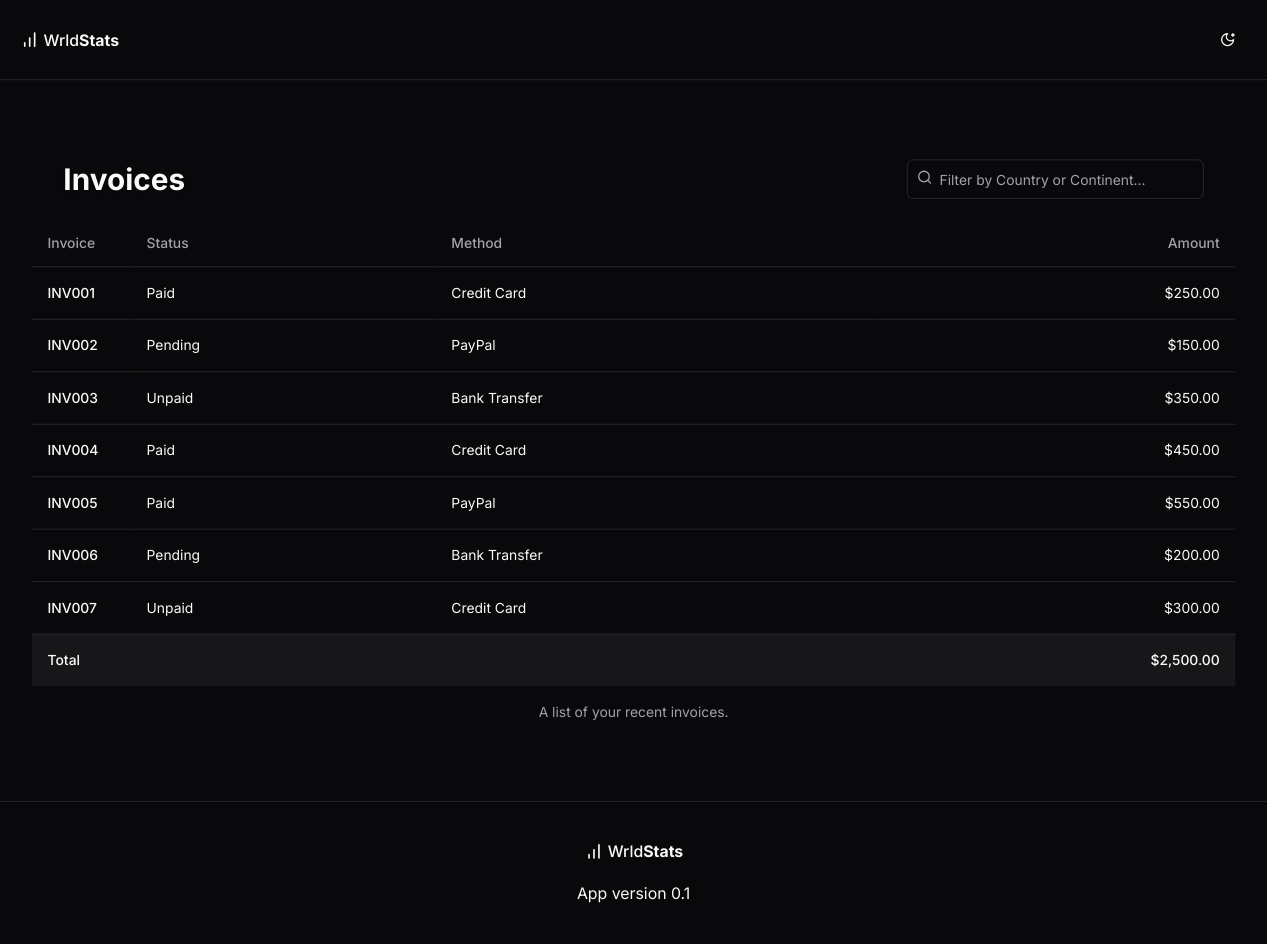
Repository: tushcmd/wrld-stats
Page: /
An editor plug-in stored every save of this project. The page is shown before and after a run of saves, followed by the edit.
The browser window is 1280 px wide. The pictures show the whole page, at 99% of full size.
The project was rebuilt for these pictures with package versions that can differ from the ones it lists, and the page was loaded fresh each time. The framework's server and built-in components were replaced by stand-ins that run in the browser. Also part of the build but not shown: next.config.mjs.

Above is the page before, as saved 2024-04-21 17:22:35.

After the next 2 saves:
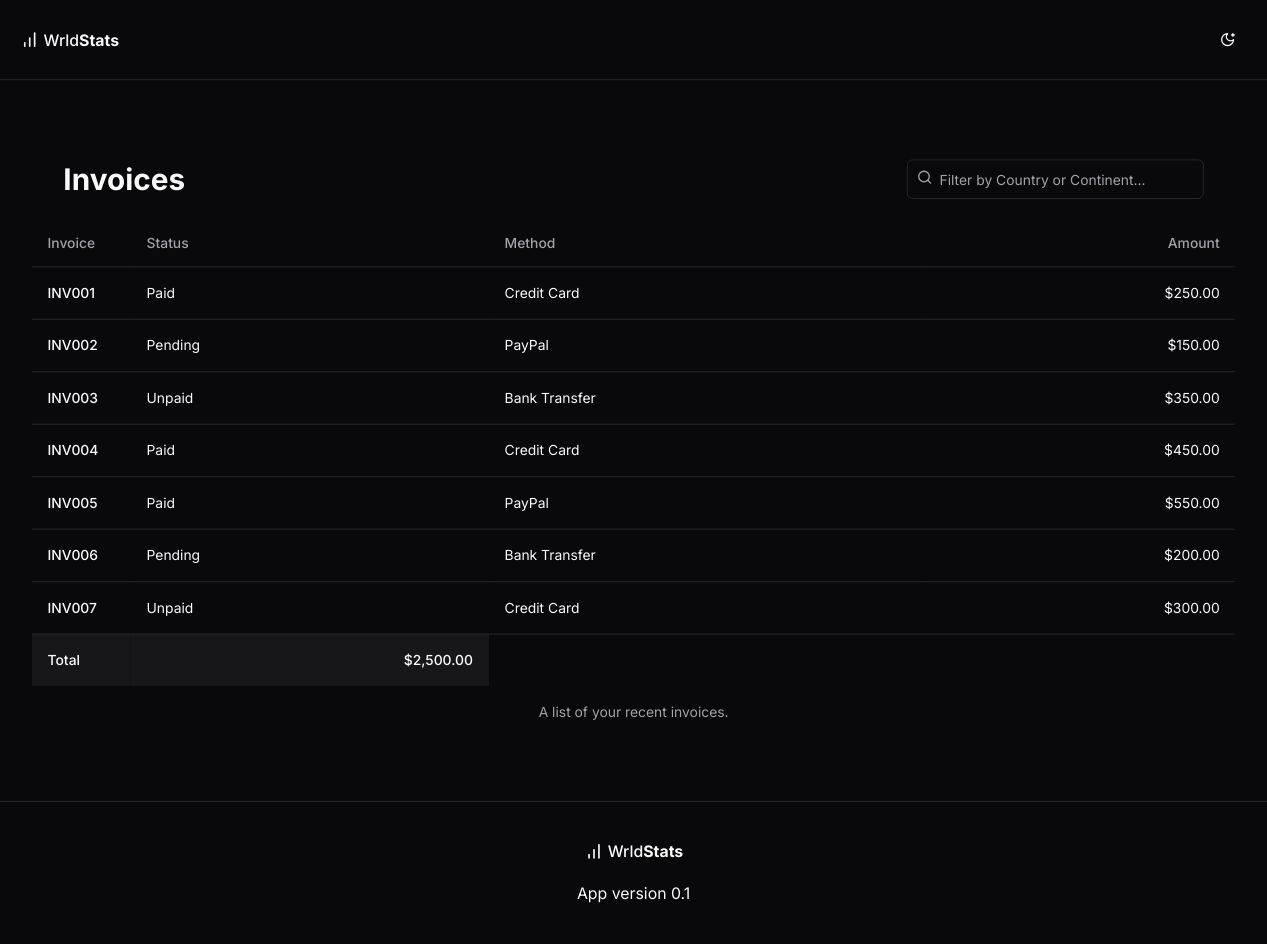
The 2 saves are shown as one change because 1 did not build or start.
The last was saved 2 min 36 s later.
--- a/components/list.tsx
+++ b/components/list.tsx
@@ -56,7 +56,7 @@
 
 export function TableDemo() {
     return (
-        <Table>
+        <Table className="">
             <TableCaption>A list of your recent invoices.</TableCaption>
             <TableHeader>
                 <TableRow>
@@ -78,7 +78,7 @@
             </TableBody>
             <TableFooter>
                 <TableRow>
-                    <TableCell colSpan={3}>Total</TableCell>
+                    <TableCell >Total</TableCell>
                     <TableCell className="text-right">$2,500.00</TableCell>
                 </TableRow>
             </TableFooter>

After the save that followed:
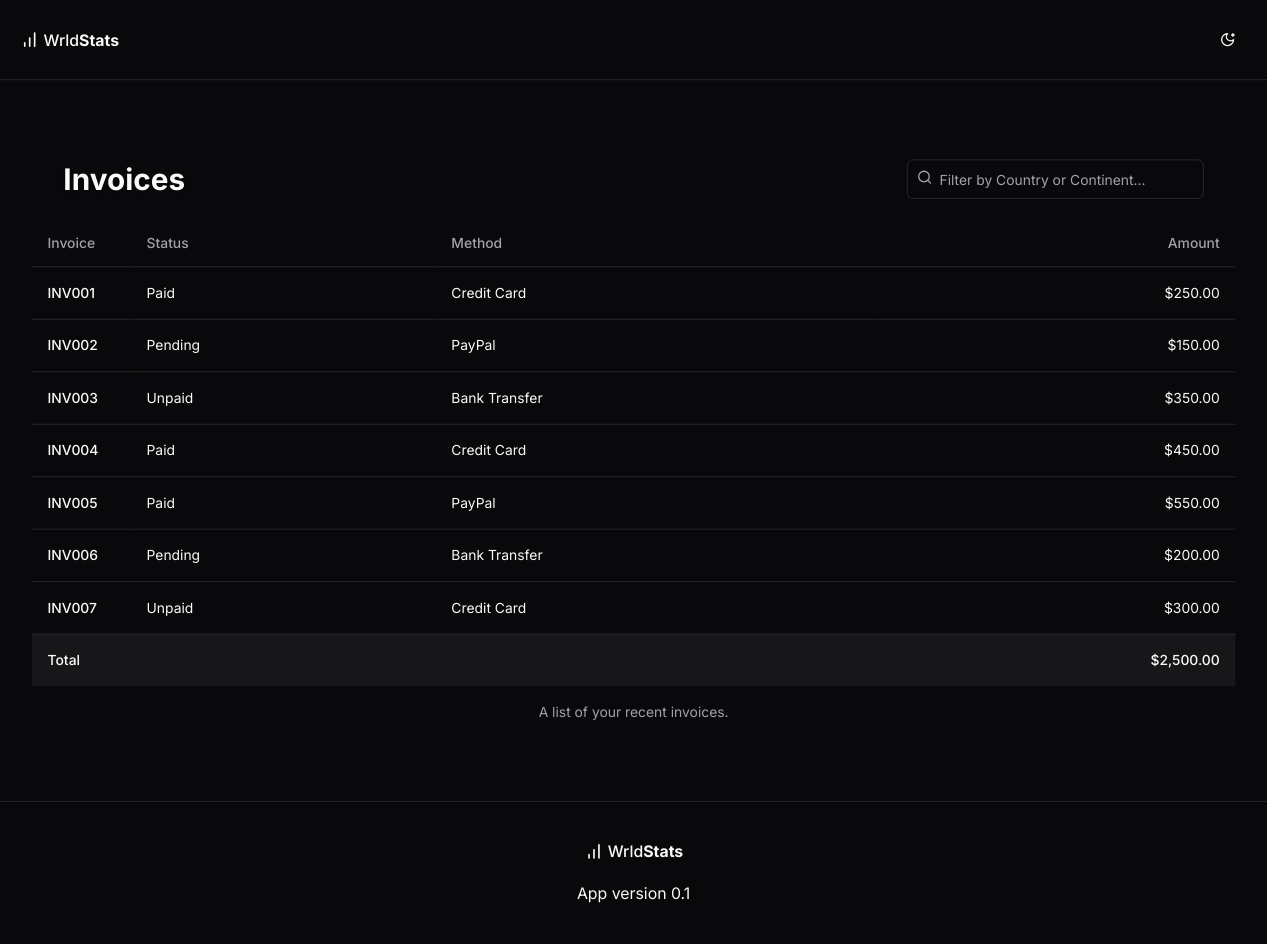
Saved 17 s later.
--- a/components/list.tsx
+++ b/components/list.tsx
@@ -78,7 +78,7 @@
             </TableBody>
             <TableFooter>
                 <TableRow>
-                    <TableCell >Total</TableCell>
+                    <TableCell colSpan={3}>Total</TableCell>
                     <TableCell className="text-right">$2,500.00</TableCell>
                 </TableRow>
             </TableFooter>
